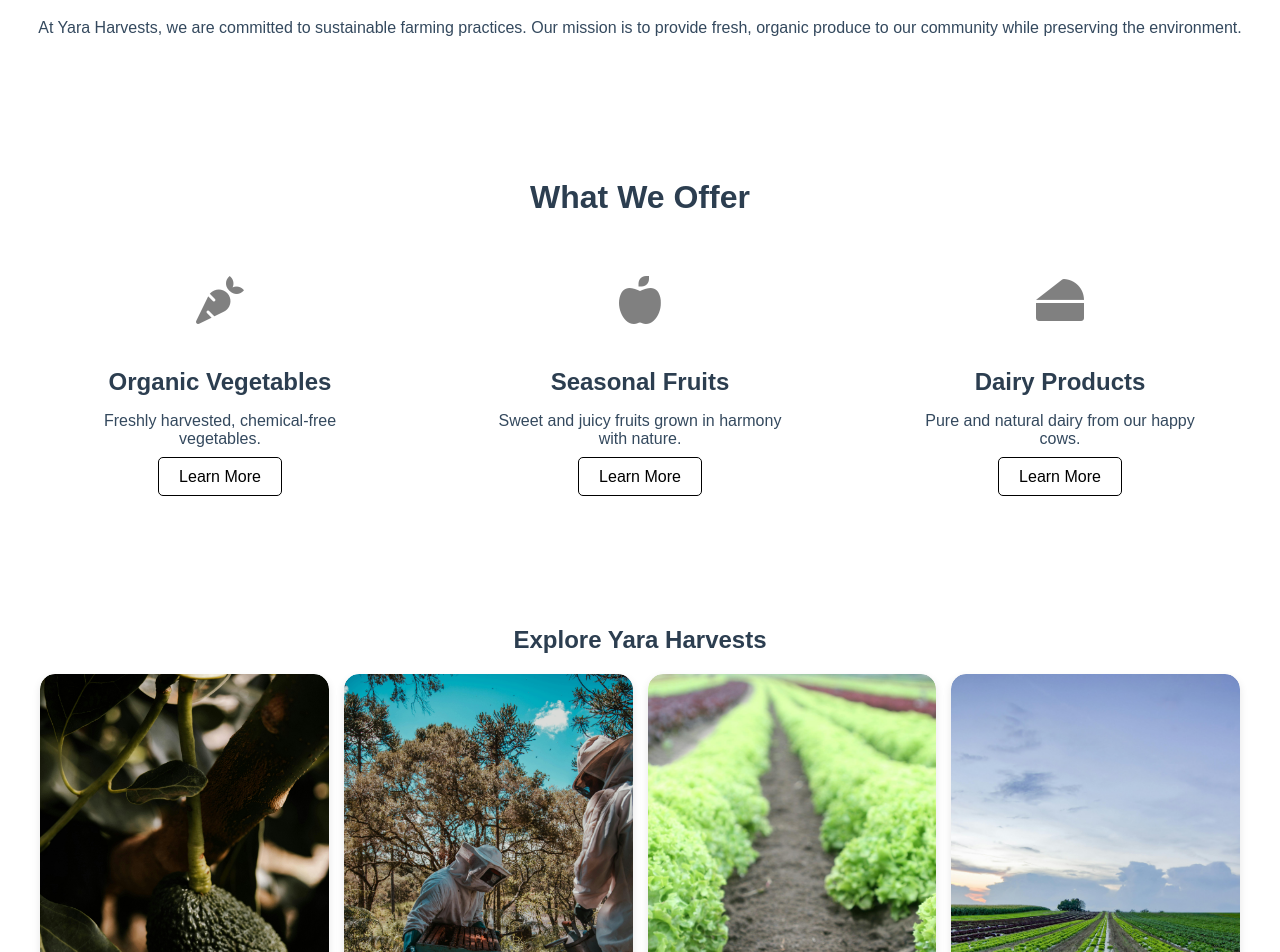
Repository: Kanyi-Manyara/yara-farm
Page: index.html
An editor plug-in stored every save of this project. The page is shown before and after the next save, followed by the edit.
The browser window is 1280 px wide. The pictures show the part of the page from y = 819 to 1771 px (the page is 3678 px tall).

Above is the page before, as saved 2025-02-22 14:07:43.
Console error: TypeError: Cannot read properties of null (reading 'addEventListener')

After the next save:
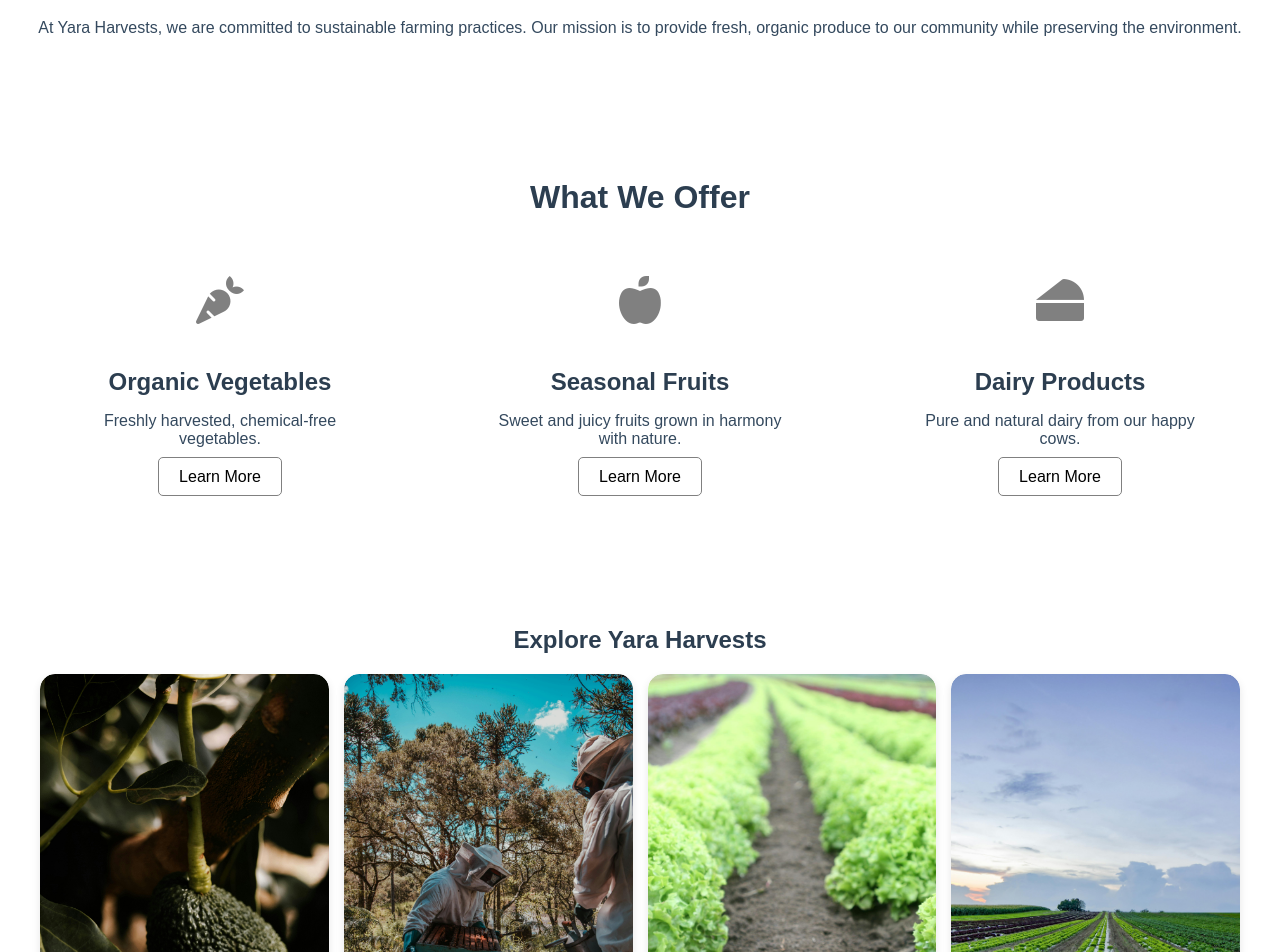
Saved 4 s later.
--- a/style.css
+++ b/style.css
@@ -227,7 +227,7 @@
     color: black; /* Grey font color */
     padding: 10px 20px;
     text-decoration: none;
-    border: 1px solid ; /* White outline for button */
+    border: 1px solid grey; /* White outline for button */
     border-radius: 5px;
     font-size: 1.0rem;
     transition: background 0.3s ease, color 0.3s ease;

After the save that followed:
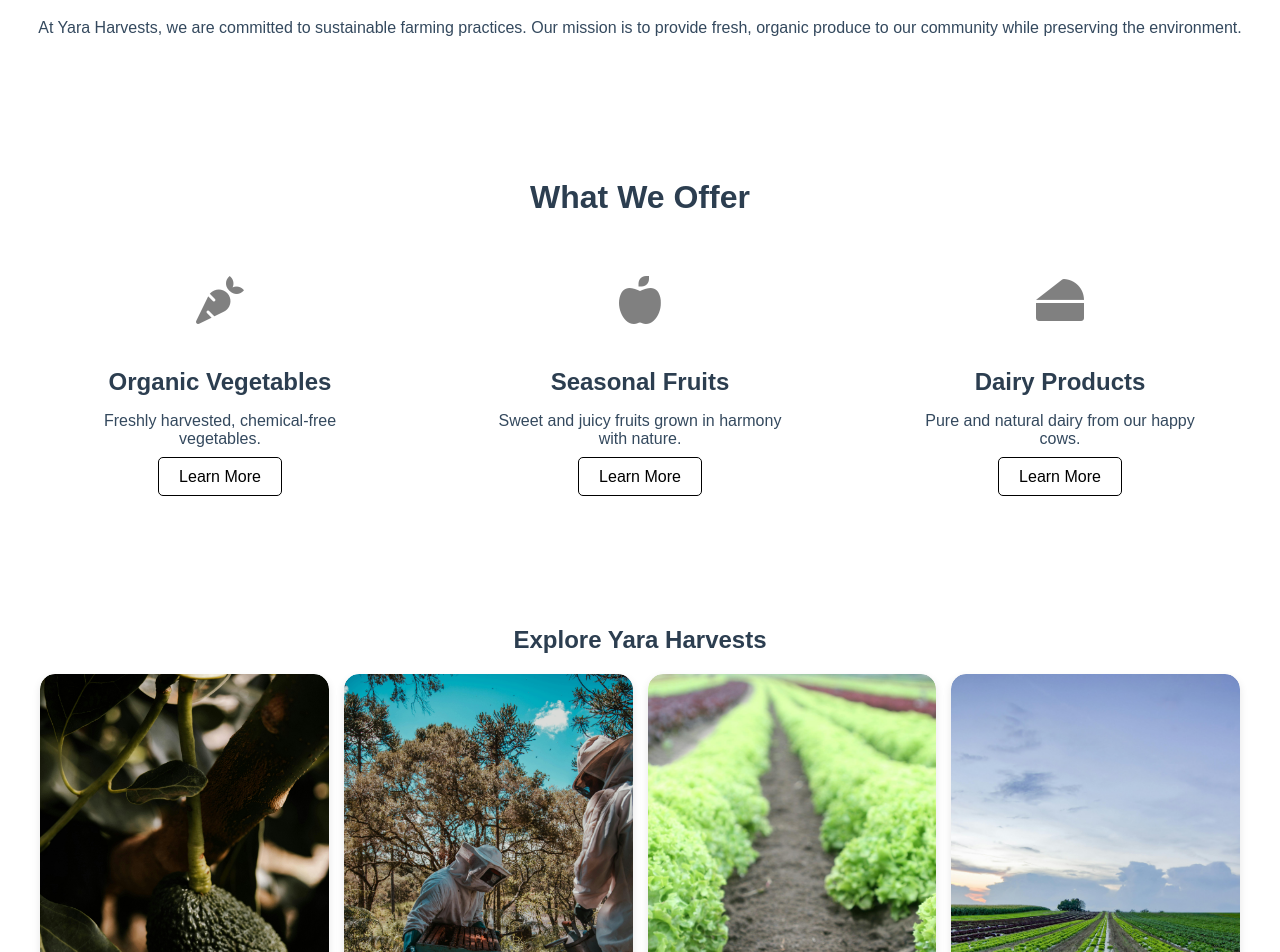
Saved 5 s later.
--- a/style.css
+++ b/style.css
@@ -227,7 +227,7 @@
     color: black; /* Grey font color */
     padding: 10px 20px;
     text-decoration: none;
-    border: 1px solid grey; /* White outline for button */
+    border: 1px solid black; /* White outline for button */
     border-radius: 5px;
     font-size: 1.0rem;
     transition: background 0.3s ease, color 0.3s ease;
